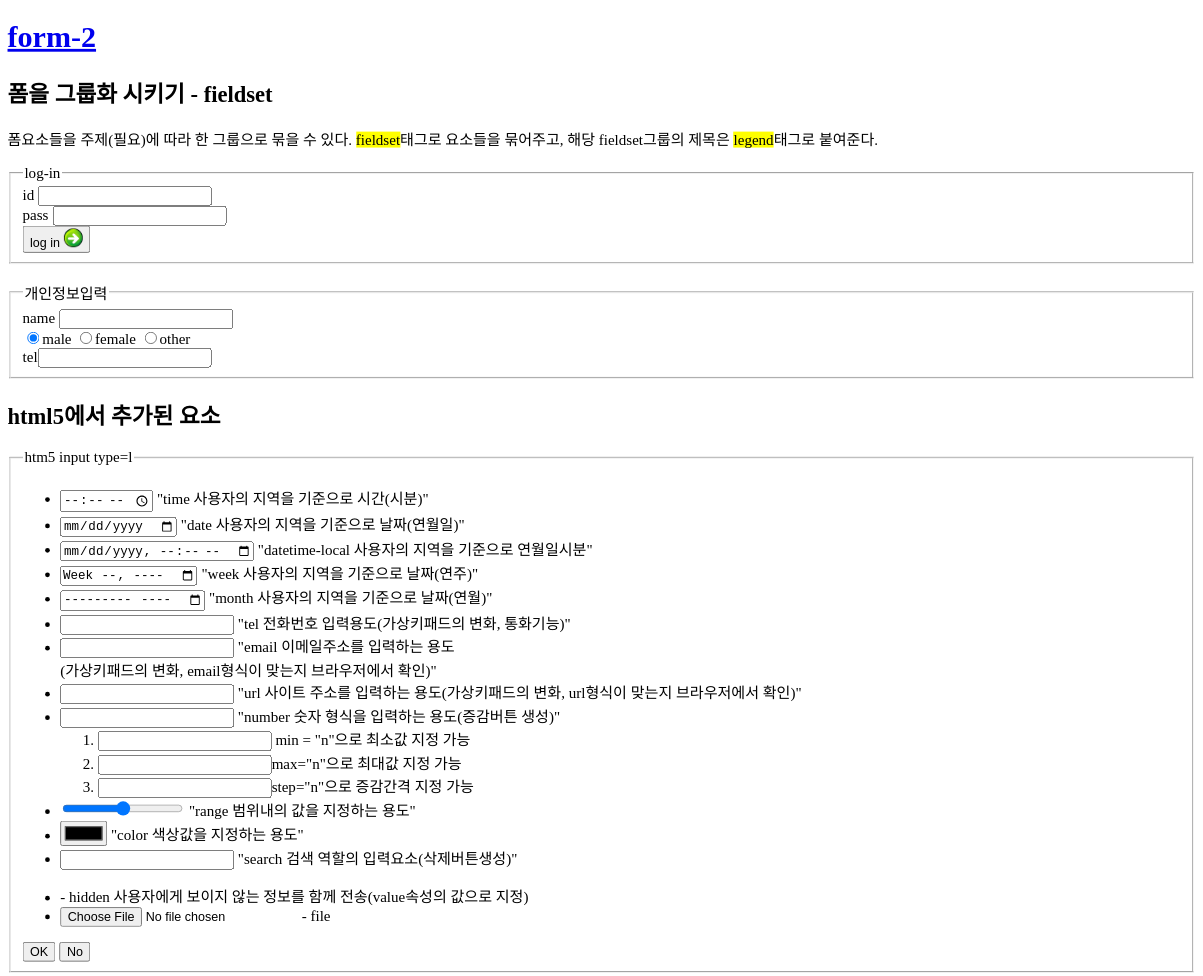
Repository: ReadStar/Web
Page: Html/html5/WebContent/form-2.html
These files come from the project's save history. The page is drawn as it stood at one moment and after the next save; the edit follows.
The browser window is 1280 px wide. The pictures show the whole page, at 94% of full size.

Above is the page before, as saved 2020-08-13 07:52:16.

After the next save:
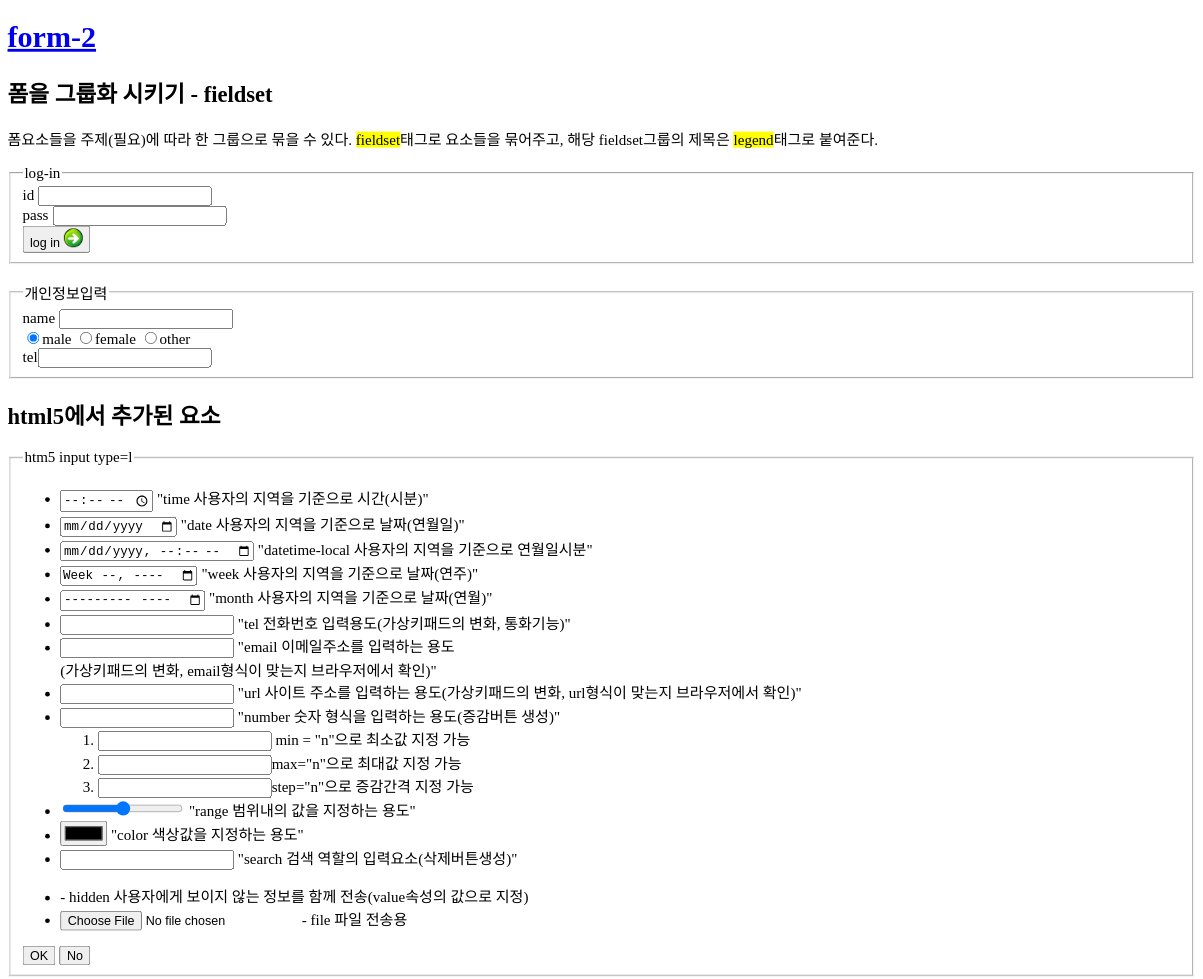
Saved 25 s later.
--- a/Html/html5/WebContent/form-2.html
+++ b/Html/html5/WebContent/form-2.html
@@ -58,7 +58,7 @@
 </ul>
 <ul>
 <li><input type="hidden"> - hidden 사용자에게 보이지 않는 정보를 함께 전송(value속성의 값으로 지정)</li>
-<li><input type="file"> - file</li>
+<li><input type="file"> - file 파일 전송용</li>
 </ul>
 <input type="submit" value="OK"> <input type="reset" value = "No">
 </fieldset>
